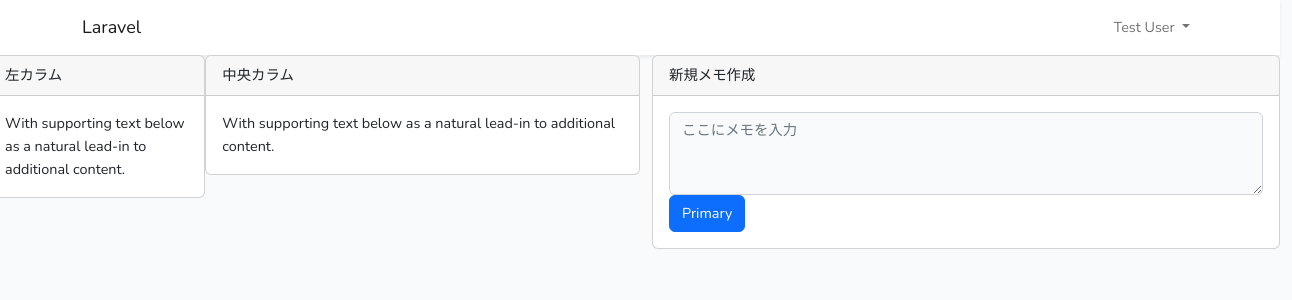
Repository: OkunoTaichi/laravel-simple-memo
Page: http://localhost/home
These files come from the project's save history. The page is drawn as it stood at one moment and after the next save; the edit follows.
The browser window is 1280 px wide. The page is 1292 px wide, so the pictures cover 1292 px, including what lies to the right of the window. The pictures show the whole page.
The page is served by the project's Laravel application, run on PHP 8.4 with Laravel 8. A made-up administrator, Test User (test@example.com), is signed in. Other server files are loaded and not shown. Queries for data that is not in the repository find no rows.

Above is the page before, as saved 2022-11-09 22:13:54.

### app/Providers/AppServiceProvider.php
<?php

namespace App\Providers;

use Illuminate\Support\ServiceProvider;
use App\Models\Memo;

class AppServiceProvider extends ServiceProvider
{
    /**
     * Register any application services.
     *
     * @return void
     */
    public function register()
    {
        //
    }

    /**
     * Bootstrap any application services.
     *
     * @return void
     */
    public function boot()
    {
        // 全てのメソッドが呼ばれる前より先に呼ばれるメソッド
        view()->composer('*' , function($view){
            $memos = Memo::select('memos.*')
                ->where('user_id', '=' , \Auth::id())//ユーザーIDとログインしているIDが同じもので
                ->whereNull('deleted_at')//デリートの履歴がないもので
                ->orderBy('updated_at', 'DESC')//アップデートされた日時が新しいものから
                ->get();// DBに架空のデータを作成し、上記の項目が正しくできているか確認する。

            $view->with('memos', $memos);
        });

    }
}

### app/Http/Controllers/HomeController.php
<?php

namespace App\Http\Controllers;

use Illuminate\Http\Request;

class HomeController extends Controller
{
    /**
     * Create a new controller instance.
     *
     * @return void
     */
    public function __construct()
    {
        $this->middleware('auth');
    }

    /**
     * Show the application dashboard.
     *
     * @return \Illuminate\Contracts\Support\Renderable
     */
    public function index()
    {
        return view('create');
    }
}

### resources/views/create.blade.php
@extends('layouts.app')

@section('content')
<div class="card">
    <div class="card-header">新規メモ作成</div>
    <form class="card-body" action="/store" method="POST">
        <div class="form-group">
            <textarea class="form-control" name="content" rows="3" placeholder="ここにメモを入力"></textarea>
        </div>
        <button type="button" class="btn btn-primary">Primary</button>
    </form>
</div>
@endsection

### resources/views/layouts/app.blade.php
<!doctype html>
<html lang="{{ str_replace('_', '-', app()->getLocale()) }}">
<head>
    <meta charset="utf-8">
    <meta name="viewport" content="width=device-width, initial-scale=1">

    <!-- CSRF Token -->
    <meta name="csrf-token" content="{{ csrf_token() }}">

    <title>{{ config('app.name', 'Laravel') }}</title>

    <!-- Scripts -->
    <script src="{{ asset('js/app.js') }}" defer></script>

    <!-- Fonts -->
    <link rel="dns-prefetch" href="//fonts.gstatic.com">
    <link href="https://fonts.googleapis.com/css?family=Nunito" rel="stylesheet">

    <!-- Styles -->
    <link href="{{ asset('css/app.css') }}" rel="stylesheet">
</head>
<body>
    <div id="app">
        <nav class="navbar navbar-expand-md navbar-light bg-white shadow-sm">
            <div class="container">
                <a class="navbar-brand" href="{{ url('/') }}">
                    {{ config('app.name', 'Laravel') }}
                </a>
                <button class="navbar-toggler" type="button" data-bs-toggle="collapse" data-bs-target="#navbarSupportedContent" aria-controls="navbarSupportedContent" aria-expanded="false" aria-label="{{ __('Toggle navigation') }}">
                    <span class="navbar-toggler-icon"></span>
                </button>

                <div class="collapse navbar-collapse" id="navbarSupportedContent">
                    <!-- Left Side Of Navbar -->
                    <ul class="navbar-nav me-auto">

                    </ul>

                    <!-- Right Side Of Navbar -->
                    <ul class="navbar-nav ms-auto">
                        <!-- Authentication Links -->
                        @guest
                            @if (Route::has('login'))
                                <li class="nav-item">
                                    <a class="nav-link" href="{{ route('login') }}">{{ __('Login') }}</a>
                                </li>
                            @endif

                            @if (Route::has('register'))
                                <li class="nav-item">
                                    <a class="nav-link" href="{{ route('register') }}">{{ __('Register') }}</a>
                                </li>
                            @endif
                        @else
                            <li class="nav-item dropdown">
                                <a id="navbarDropdown" class="nav-link dropdown-toggle" href="#" role="button" data-bs-toggle="dropdown" aria-haspopup="true" aria-expanded="false" v-pre>
                                    {{ Auth::user()->name }}
                                </a>

                                <div class="dropdown-menu dropdown-menu-end" aria-labelledby="navbarDropdown">
                                    <a class="dropdown-item" href="{{ route('logout') }}"
                                       onclick="event.preventDefault();
                                                     document.getElementById('logout-form').submit();">
                                        {{ __('Logout') }}
                                    </a>

                                    <form id="logout-form" action="{{ route('logout') }}" method="POST" class="d-none">
                                        @csrf
                                    </form>
                                </div>
                            </li>
                        @endguest
                    </ul>
                </div>
            </div>
        </nav>

        <!-- 3カラムに変更 -->
        <main class="">
            <div class="row">
                <div class="col-md-2 p-0">
                    <div class="card">
                        <div class="card-header">左カラム</div>
                        <div class="card-body">
                            <p class="card-text">With supporting text below as a natural lead-in to additional content.</p>
                        </div>
                    </div>
                </div>
                <div class="col-md-4 p-0">
                    <div class="card">
                        <div class="card-header">中央カラム</div>
                        <div class="card-body">
                            <p class="card-text">With supporting text below as a natural lead-in to additional content.</p>
                        </div>
                    </div>
                </div>
                <div class="col-md-6">
                    @yield('content')
                </div>
            </div>
        </main>
    </div>
</body>
</html>

Loaded but not shown: routes/web.php (common file); app/Http/Controllers/Auth/ConfirmPasswordController.php (common file); app/Http/Controllers/Controller.php (common file); app/Models/User.php (common file); app/Models/Memo.php (common file); public/css/app.css (library)

After the next save:
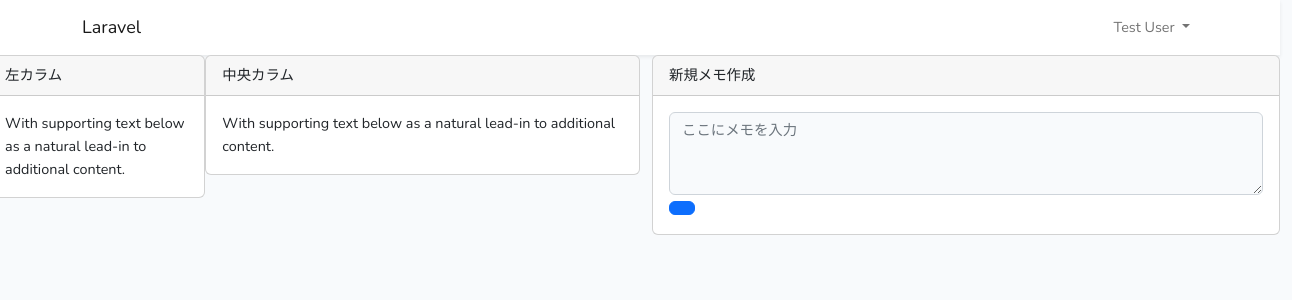
Saved 18 s later.
--- a/resources/views/create.blade.php
+++ b/resources/views/create.blade.php
@@ -7,7 +7,7 @@
         <div class="form-group">
             <textarea class="form-control" name="content" rows="3" placeholder="ここにメモを入力"></textarea>
         </div>
-        <button type="button" class="btn btn-primary">Primary</button>
+        <button type="button" class="btn btn-primary"></button>
     </form>
 </div>
 @endsection
